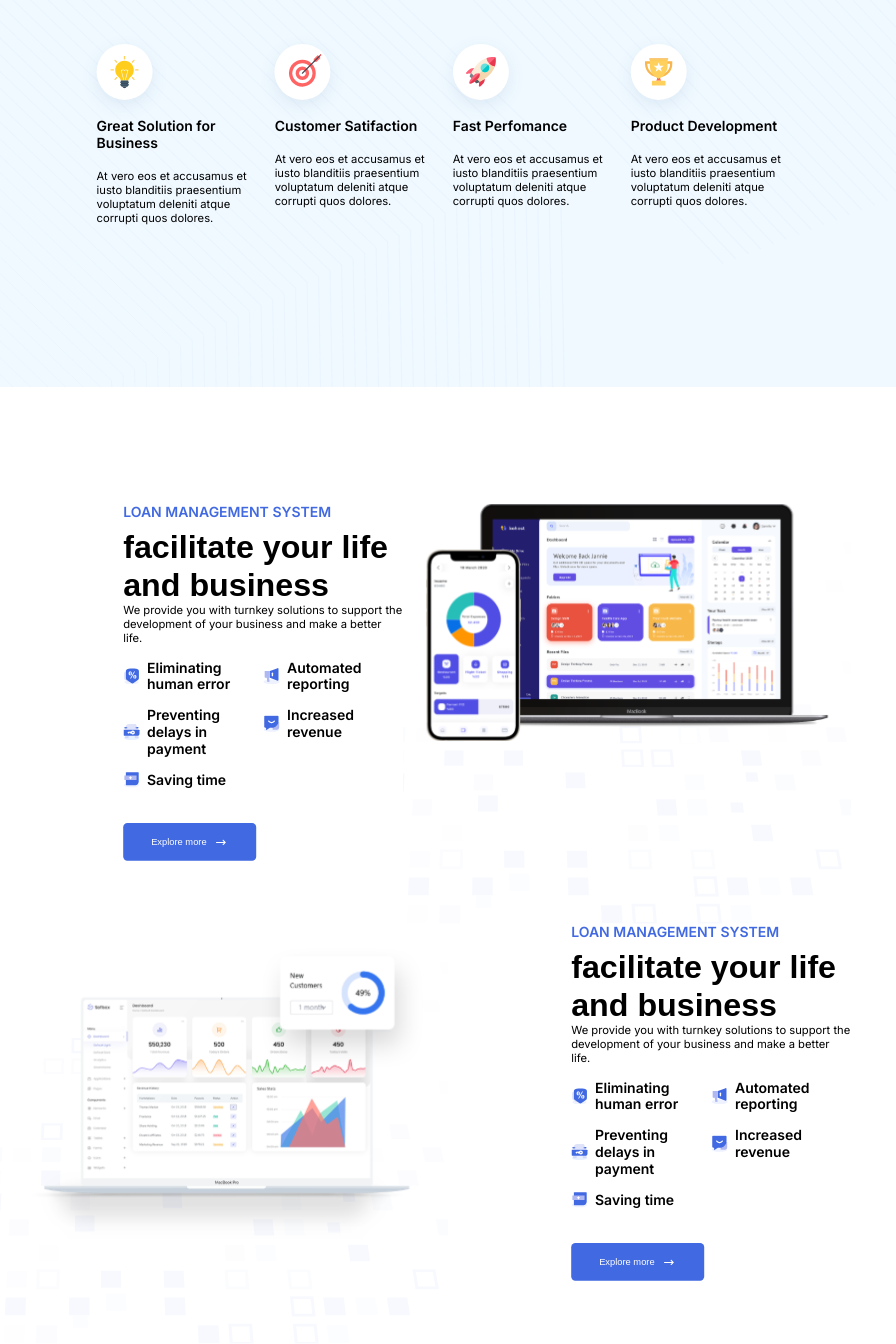
Repository: Chamsmey/static-html-css
Page: index.html
These files come from the project's save history. The page is drawn as it stood at one moment and after the next save; the edit follows.
The browser window is 1280 px wide. The pictures show the part of the page from y = 1114 to 3034 px (the page is 3034 px tall), at 70% of full size.
Some web fonts or font styles are not loaded; a fallback is used.

Above is the page before, as saved 2022-11-15 16:45:58.

### index.html
<!DOCTYPE html>
<html lang="en">

<head>
    <meta charset="UTF-8">
    <meta http-equiv="X-UA-Compatible" content="IE=edge">
    <meta name="viewport" content="width=device-width, initial-scale=1.0">
    <title>Blue Tech Solution</title>
    <link rel="stylesheet" href="./css/style.css">
    <link rel="shortcut icon" href="./icons/BlueTech solution _ Logo.svg" type="image/x-icon">
</head>

<body>

    <!-- /// navbar  -->
    <div class="container">
        <nav>
            <div class="logo_group">
                <img src="./icons/BlueTech solution _ Logo.svg" alt="">
            </div>
            <ul class="nav_menu flex_evenly_center">
                <a href="#">
                    <li class="menu_items">Home</li>
                </a>
                <a href="#choose_us">
                    <li class="menu_items">Why choose us
                </a>
                <a href="#products">
                    <li class="menu_items">Products
                </a>
                <a href="#contact">
                    <li class="menu_items">Contact us
                </a>
                <a href="#faq">
                    <li class="menu_items">FAQs</li>
                </a>
            </ul>
            <button class="btn btn_primary">
                <img src="./icons/icon_play_circle.svg" alt="">
                <span>Request demo</span>
            </button>
        </nav>
        <!-- // home  -->
        <section id="home" class="">
            <!-- si=============side left ========= -->
            <div id="side_left" class="flex_beteen_center">

                <div id="follow_social">
                    <div class="icon_group flex_col">
                        <img class="follow_icon" width="15.02px" height="12.6px" src="./icons/icon_telegram.svg" alt="">
                        <img class="follow_icon" width="14.98px
                        " height="11.24px" src="./icons/icon_youtube.svg" alt="">
                        <img class="follow_icon" width="15px" height="15px" src="./icons/icon_linkedIn.svg" alt="">
                        <img class="follow_icon" width="7.5px" height="15px" src="./icons//Icon_facebook.svg" alt="">
                        <img class="follow_icon" width="2px" height="10px" src="./icons//icon_I.svg" alt="">

                        <h5 class="text_tranform text_sm text_center my_25"> Follow Us </h5>

                    </div>
                </div>
                <div id="content">
                    <div class="">
                        <h1 class="text_3xl" >True PowerFul Business Partner: <span class="text_3xl color_primary">Blue Tech </span>Solution</h1>
                        <p class="text_sm">Sed ut perspiciatis unde omnis iste natus error sit voluptatem
                            accusantium doloremque laudantium, totam rem aperiam, eaque ipsa quae ab
                            illo inventore veritatis et quasi architecto
                            beatae vitae dicta sunt explicabo.</p>
                    </div>
                    <div class="">
                        <div id="scroll_icon">
                            <h4 class="text_sm color_secodary">Scroll down to explore</h4>
                            <div class="icon_circle bg_primary ml_10">
                                <img src="./icons/icon_arrow_down_white.png" alt="">
                            </div>
                        </div>

                    </div>

                </div>
            </div>
            <!-- /////////////// side right  -->
            <div id="side_right">
                <img src="./images/home/01.jpg" alt="">
            </div>
        </section>
        </section>

        <!-- choose us -->
        <section id="choose_us" class="choose_us_section bg_primary">
            <div class="header">
                <div class="section_header">
                    <h4 class="text_sm color_primary text_upper mt_50">
                        Why our customer choose us?
                    </h4>
                    <h1 class="text_3xl my_10">
                        15 Years of Experiences
                        In IT Solutions
                    </h1>
                    <p class="text_sm my_10">
                        Doloremque laudantium, totam rem aperiam,
                        eaque ipsa quae ab illo inventore veritatis et quasi architecto beatae
                        vitae dicta sunt explicabo.
                    </p>
                </div>
            </div>
            <div class="card_group_items">
                <div class="card_group flex_beteen_start">
                    <div class="card">
                        <div class="card_header">
                            <div class="icon_circle bg_white icon_80x_80x box_shadow">
                                <img src="./icons/icon_light.svg" alt="">
                            </div>
                        </div>
                        <div class="card_body">
                            <h4 class="text_sm my_25">Great Solution for Business</h4>
                            <p class="text_ms my_10">At vero eos et accusamus et iusto blanditiis praesentium
                                voluptatum deleniti atque corrupti quos dolores.</p>
                        </div>
                    </div>
                    <div class="card">
                        <div class="card_header">
                            <div class="icon_circle bg_white icon_80x_80x box_shadow">
                                <img class="posttion_absolute_center" src="./icons/icon_focus.svg" alt="">
                            </div>
                        </div>
                        <div class="card_body">
                            <h4 class="text_sm my_25">Customer Satifaction</h4>
                            <p class="text_ms my_10">At vero eos et accusamus et iusto blanditiis praesentium
                                voluptatum deleniti atque corrupti quos dolores.</p>
                        </div>
                    </div>
                    <div class="card">
                        <div class="card_header">
                            <div class="icon_circle bg_white icon_80x_80x box_shadow">
                                <img src="./icons/icon_rocket.svg" alt="">
                            </div>
                        </div>
                        <div class="card_body">
                            <h4 class="text_sm my_25">Fast Perfomance</h4>
                            <p class="text_ms my_10">
                                At vero eos et accusamus et iusto blanditiis praesentium
                                voluptatum deleniti atque corrupti quos dolores.</p>
                        </div>
                    </div>
                    <div class="card">
                        <div class="card_header">
                            <div class="icon_circle bg_white icon_80x_80x box_shadow">
                                <img src="./icons/icon_champion.svg" alt="">
                            </div>
                        </div>
                        <div class="card_body">
                            <h4 class="text_sm my_25">Product Development</h4>
                            <p class="text_ms my_10">At vero eos et accusamus et iusto blanditiis praesentium
                                voluptatum deleniti atque corrupti quos dolores.</p>
                        </div>
                    </div>
                </div>
            </div>
            <div class="scroll_bar">
                <h4 class="scroll_bar_title text_sm text_tranform py_30">
                 Scroll to top
                </h4>

                <div class="bar">
                    <img src="./icons/icon_scroll_bar.svg" alt="">
                </div>
            </div>
        </section>
    </div>
    <div>

    </div>
    <!-- product  -->
    <div class="container">
        <section id="products" class="products_section">
            <div class="product_description">
                <h4 class="text_sm text_upper color_primary">Loan Management system</h4>
                <h1 class="text_3xl mt_10">
                    facilitate your life and business
                </h1>
                <p class="text_ms">We provide you with turnkey solutions to support the development
                    of your business and make a better life.</p>
                    <div class="product_values flex_beteen_start">
                        <div class="product_value flex_align_center mt_20">
                            <img src="./icons/icon_percent.svg" alt="">
                            <p class="text_sm text_simibold ml_20">Eliminating human error</p>
                        </div>
                        <div class="product_value flex_align_center mt_20">
                            <img src="./icons/icon_micro.svg" alt="">
                            <p class="text_sm text_simibold ml_20">Automated reporting</p>
                        </div>
                        <div class="product_value flex_align_center mt_20">
                            <img src="./icons/icon_prevent.svg" alt="">
                            <p class="text_sm text_simibold ml_20">Preventing delays in payment</p>
                        </div>
                        <div class="product_value flex_align_center mt_20">
                            <img src="./icons/icon_sms.svg" alt="">
                            <p class="text_sm text_simibold ml_20">Increased revenue</p>
                        </div>
                        <div class="product_value flex_align_center mt_20">
                            <img src="./icons/icon_save.svg" alt="">
                            <p class="text_sm text_simibold ml_20">Saving time</p>
                        </div>
                    </div>
                <button class="btn btn_primary mt_50"><a href="#" class="color_white">Explore more</a> <img src="./icons/icon_arrow_right.svg" alt=""></button>
            </div>
            <div class="product_bg">
                <img src="./images/product.svg" alt="">

            </div>

        </section>
        <section id="products" class="products_section">
            <div class="product_bg">
                <img src="./images/products/products.svg" alt="">
            </div>
            <div class="product_description">
                <h4 class="text_sm text_upper color_primary">Loan Management system</h4>
                <h1 class="text_3xl mt_10">
                    facilitate your life and business
                </h1>
                <p class="text_ms">We provide you with turnkey solutions to support the development
                    of your business and make a better life.</p>
                    <div class="product_values flex_beteen_start">
                        <div class="product_value flex_align_center mt_20">
                            <img src="./icons/icon_percent.svg" alt="">
                            <p class="text_sm text_simibold ml_20">Eliminating human error</p>
                        </div>
                        <div class="product_value flex_align_center mt_20">
                            <img src="./icons/icon_micro.svg" alt="">
                            <p class="text_sm text_simibold ml_20">Automated reporting</p>
                        </div>
                        <div class="product_value flex_align_center mt_20">
                            <img src="./icons/icon_prevent.svg" alt="">
                            <p class="text_sm text_simibold ml_20">Preventing delays in payment</p>
                        </div>
                        <div class="product_value flex_align_center mt_20">
                            <img src="./icons/icon_sms.svg" alt="">
                            <p class="text_sm text_simibold ml_20">Increased revenue</p>
                        </div>
                        <div class="product_value flex_align_center mt_20">
                            <img src="./icons/icon_save.svg" alt="">
                            <p class="text_sm text_simibold ml_20">Saving time</p>
                        </div>
                    </div>
                <button class="btn btn_primary mt_50"><a href="#" class="color_white">Explore more</a> <img src="./icons/icon_arrow_right.svg" alt=""></button>
            </div>


        </section>

    </div>
    <!-- contact  -->
    <section id="contact" class="contact_us_section">

    </section>

    <!-- FAQs  -->
    <section id="faq" class="faq_section">

    </section>
    </div>

    <!-- footer -->
    <footer>

    </footer>
</body>

</html>

Loaded but not shown: css/style.css (448 lines, source omitted)

After the next save:
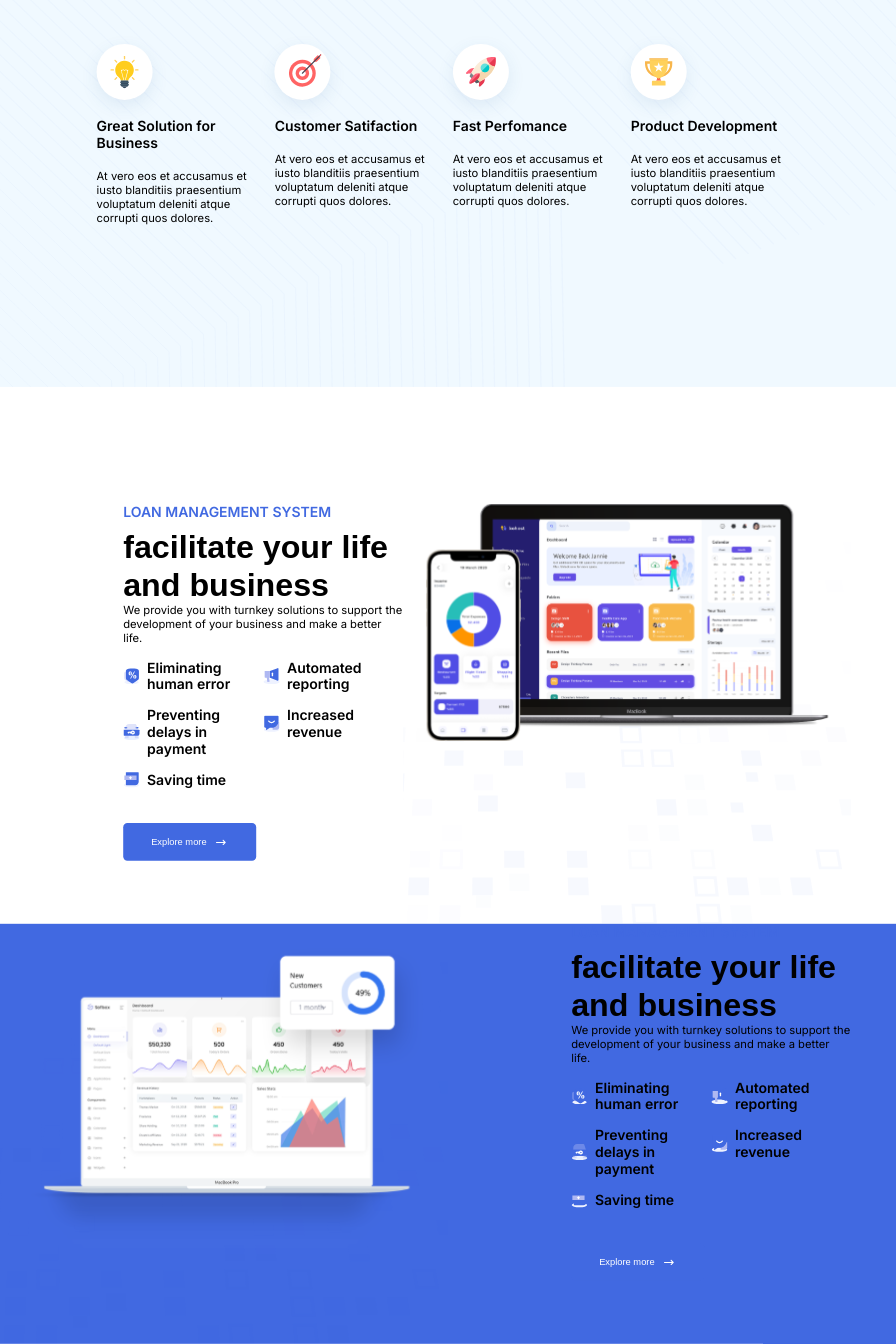
Saved 78 s later.
--- a/index.html
+++ b/index.html
@@ -210,7 +210,7 @@
             </div>
 
         </section>
-        <section id="products" class="products_section">
+        <section id="products" class="products_section  bg_primary">
             <div class="product_bg">
                 <img src="./images/products/products.svg" alt="">
             </div>

After the save that followed:
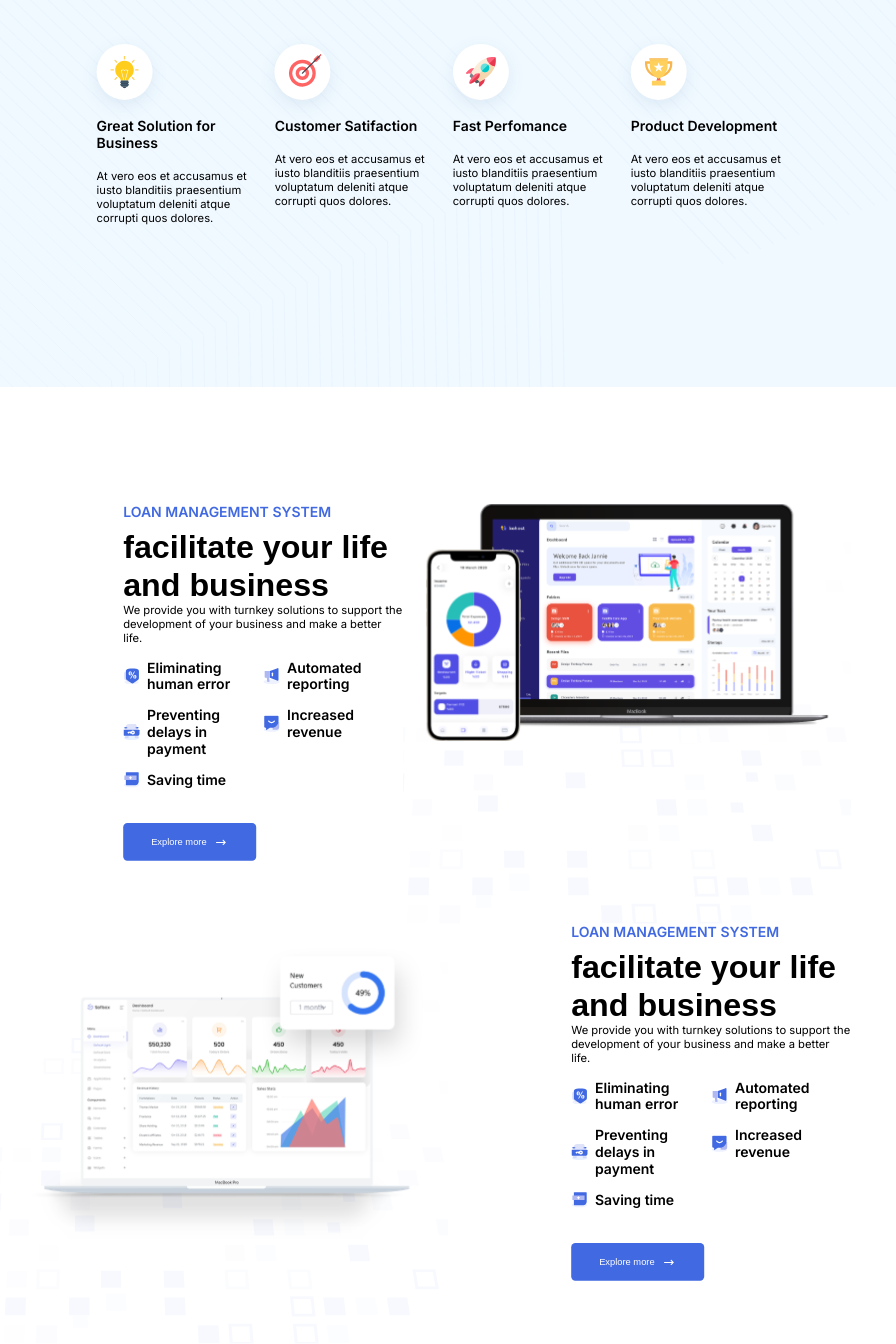
Saved 8 s later.
--- a/index.html
+++ b/index.html
@@ -210,7 +210,7 @@
             </div>
 
         </section>
-        <section id="products" class="products_section  bg_primary">
+        <section id="products" class="products_section  bg_secondary">
             <div class="product_bg">
                 <img src="./images/products/products.svg" alt="">
             </div>
